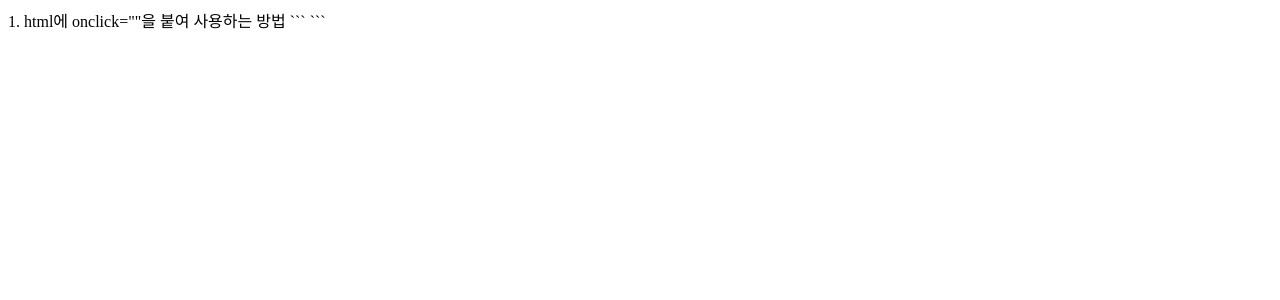
Repository: PareutPareut/frontend
Page: markDowns/html_input.html
The author's editor kept a copy of each file at every save. The page is drawn from the files as they stood at one save, then again after a run of saves.
The browser window is 1280 px wide. The pictures show the whole page.

Above is the page before, as saved 2023-11-28 15:22:42.

### markDowns/html_input.html
1. html에 onclick=""을 붙여 사용하는 방법
```

```

After the next 2 saves:
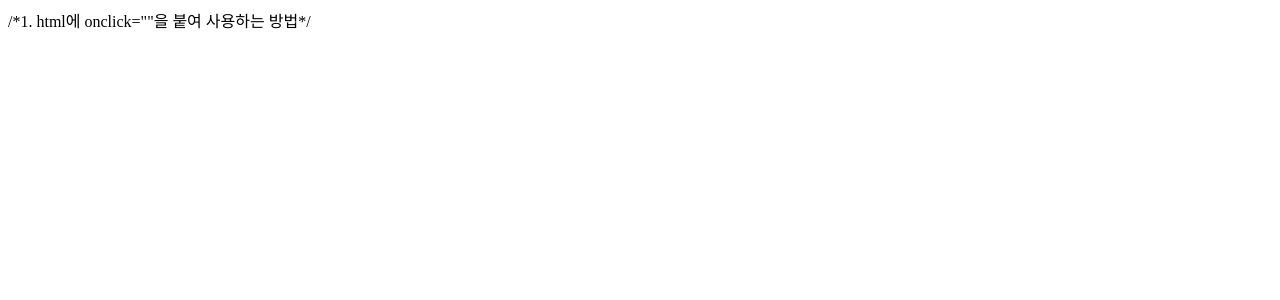
The 2 saves are shown as one change because they came seconds apart.
The last was saved 31 s later.
--- a/markDowns/html_input.html
+++ b/markDowns/html_input.html
@@ -1,4 +1,7 @@
-1. html에 onclick=""을 붙여 사용하는 방법
-```
+/*1. html에 onclick=""을 붙여 사용하는 방법*/
 
-```
+<html>
+    <head>
+
+    </head>
+</html>
